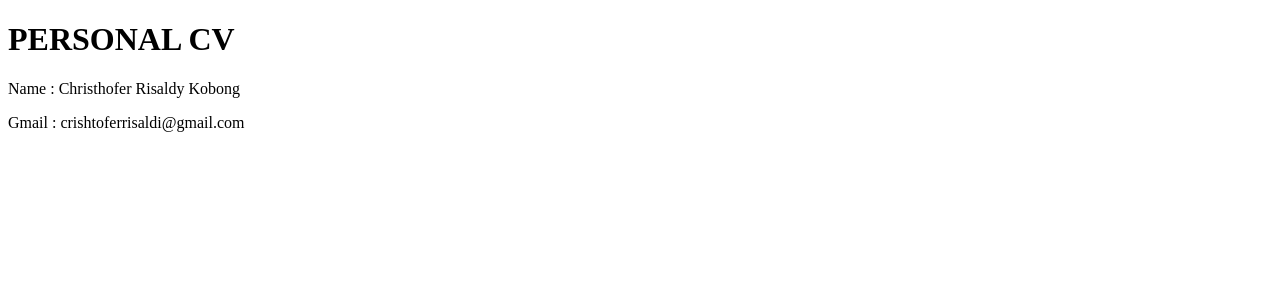
Repository: ChristhoferRisaldy/CVWeb
Page: web.html
The author's editor kept a copy of each file at every save. The page is drawn from the files as they stood at one save, then again after the next save.
The browser window is 1280 px wide. The pictures show the whole page.

Above is the page before, as saved 2025-02-21 19:40:05.

After the next save:
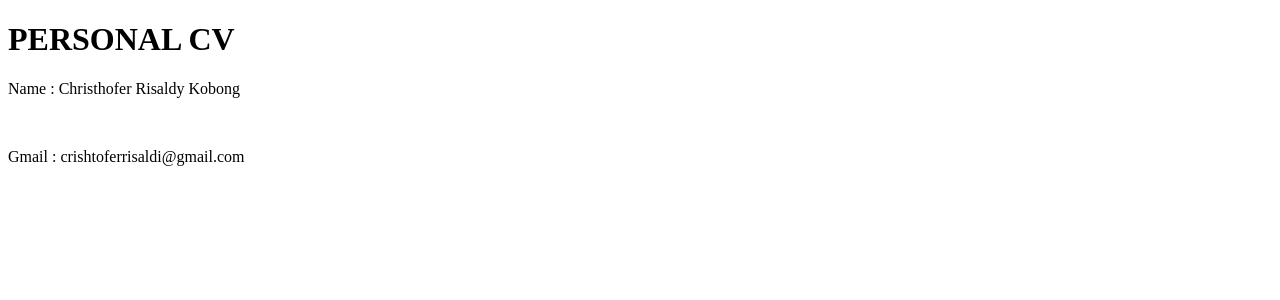
Saved 12 s later.
--- a/web.html
+++ b/web.html
@@ -2,7 +2,7 @@
 <html>
     <body>
         <h1>PERSONAL CV</h1>
-        <p>Name : Christhofer Risaldy Kobong</p>
+        <p>Name : Christhofer Risaldy Kobong</p><br>
         <p>Gmail : crishtoferrisaldi@gmail.com</p>
     </body>
 </html>
